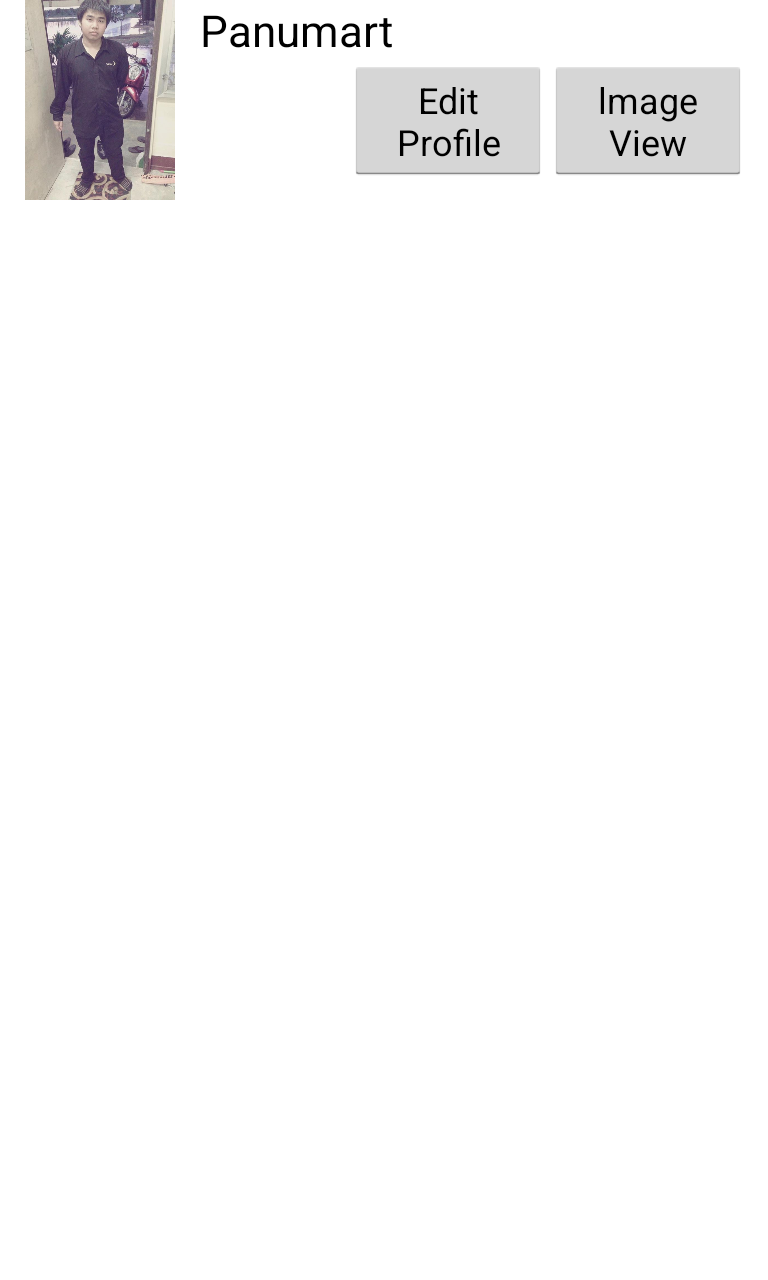
Repository: PanumartThamkawin/Resuma_55410657
Layout: Panu657/res/layout/activity_main.xml
An editor plug-in stored every save of this project. The layout is shown before and after the next save, followed by the edit.
It is drawn on a 768 x 1280 px phone screen (xhdpi) without system bars, with theme AppTheme; the app's code is not run.

Above is the layout before, as saved 2014-09-01 05:42:53.

### Panu657/res/layout/activity_main.xml
<RelativeLayout xmlns:android="http://schemas.android.com/apk/res/android"
    xmlns:tools="http://schemas.android.com/tools"
    android:layout_width="match_parent"
    android:layout_height="match_parent"
    android:layout_marginLeft="5dp"
    tools:context="${relativePackage}.${activityClass}" >

    <LinearLayout
        android:id="@+id/linearLayout1"
        android:layout_width="100dp"
        android:layout_height="100dp" >

        <ImageView
            android:id="@+id/imageView1"
            android:layout_width="wrap_content"
            android:layout_height="wrap_content"
            android:src="@drawable/jame" />
    </LinearLayout>

    <TextView
        android:id="@+id/textView1"
        android:layout_width="wrap_content"
        android:layout_height="wrap_content"
        android:layout_alignParentTop="true"
        android:layout_toRightOf="@+id/linearLayout1"
        android:text="Panumart "
        android:textAppearance="?android:attr/textAppearanceLarge" />

    <LinearLayout
        android:layout_width="wrap_content"
        android:layout_height="wrap_content"
        android:layout_alignParentRight="true"
        android:layout_below="@id/textView1"
        android:layout_marginRight="10dp" >

        <Button
            android:id="@+id/button1"
            android:layout_width="100dp"
            android:layout_height="wrap_content"
            android:text="Edit Profile" />

        <Button
            android:id="@+id/button2"
            android:layout_width="100dp"
            android:layout_height="wrap_content"
            android:text="lmage View" />

    </LinearLayout>

</RelativeLayout>

Loaded but not shown: Panu657/res/values/styles.xml (common file); Panu657/res/values-v11/styles.xml (common file); Panu657/res/values-v14/styles.xml (common file)

After the next save:
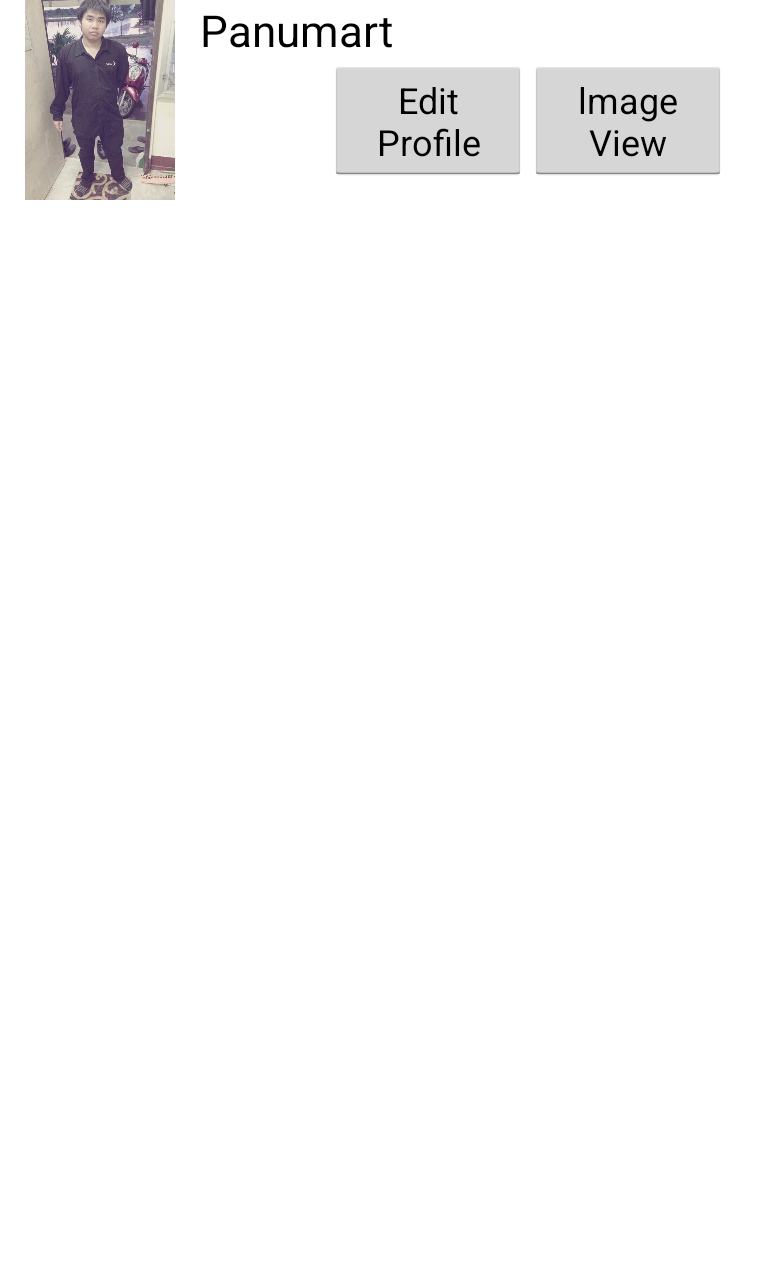
Saved 60 s later.
--- a/Panu657/res/layout/activity_main.xml
+++ b/Panu657/res/layout/activity_main.xml
@@ -31,7 +31,7 @@
         android:layout_height="wrap_content"
         android:layout_alignParentRight="true"
         android:layout_below="@id/textView1"
-        android:layout_marginRight="10dp" >
+        android:layout_marginRight="20dp" >
 
         <Button
             android:id="@+id/button1"
